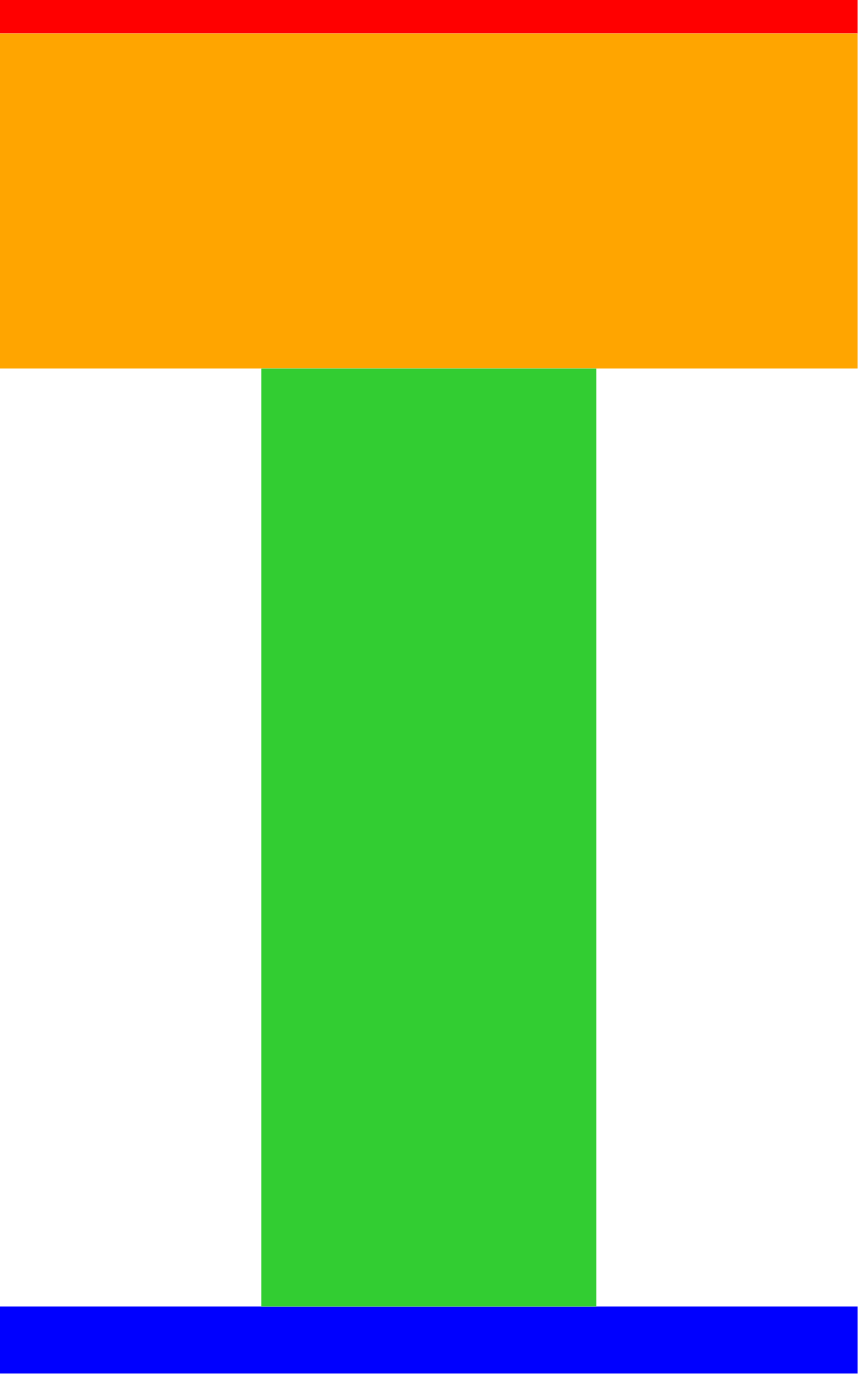
Repository: kawasemi70/1-3
Page: 1-4/1-4.html
The author's editor kept a record of every edit. The page is drawn from the files as they stood at one moment, then again after the next edit.
The browser window is 1280 px wide. The pictures show the whole page, at 67% of full size.

Above is the page before.

After the next edit:
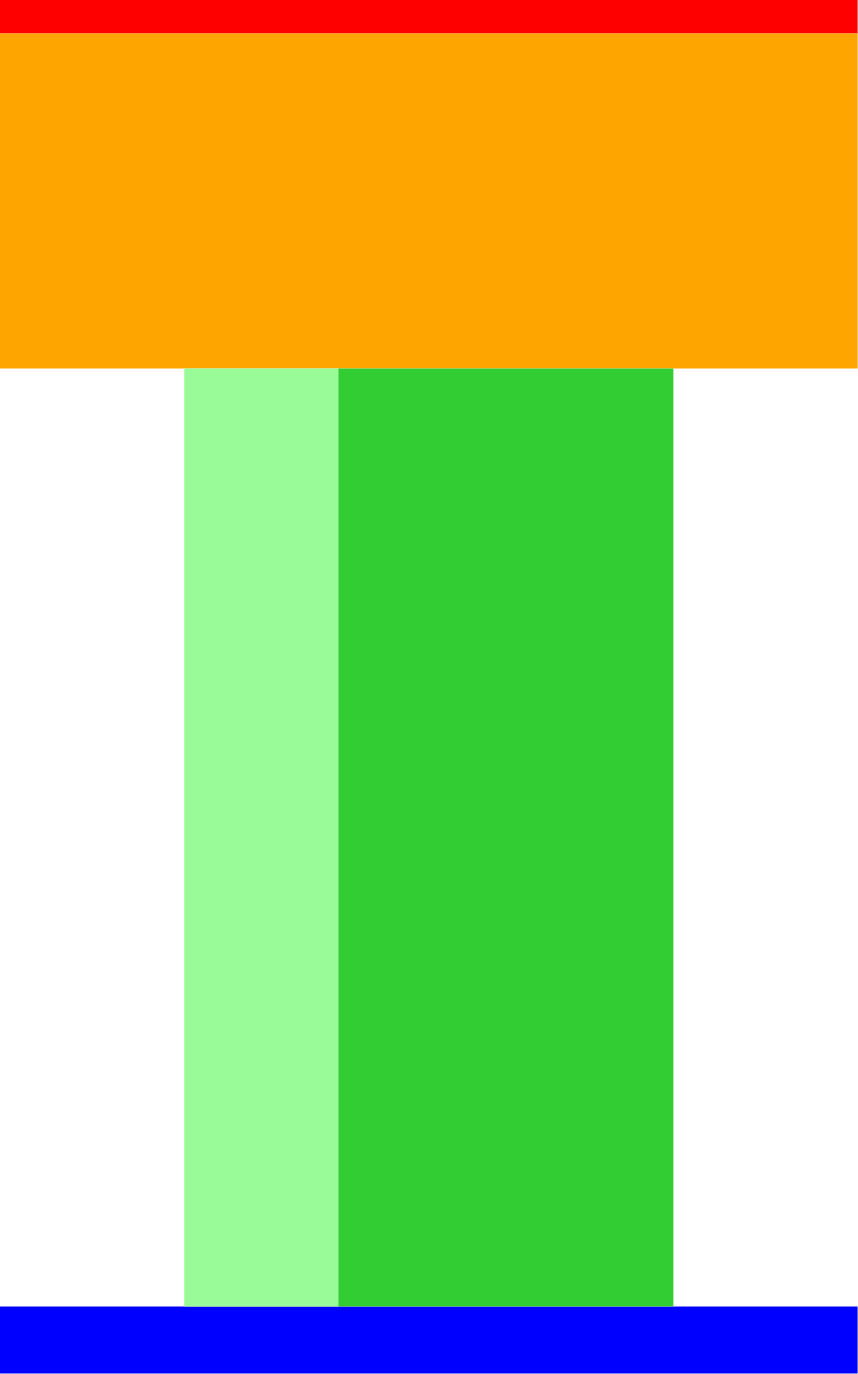
The edit:
--- a/1-4/1-4.html
+++ b/1-4/1-4.html
@@ -13,6 +13,8 @@
 
     <div class="main">
 
+      <div class="sidebar-right"></div>
+
       <div class="blog"></div>
 
       <div class="sidebar-"></div>
